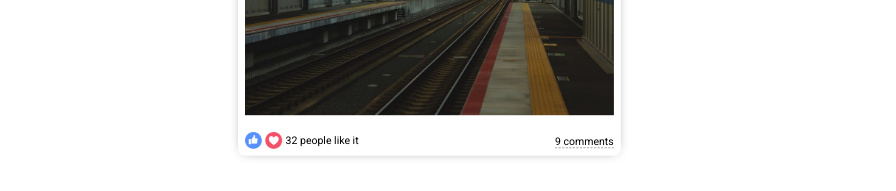
Repository: nazlinres01/react-social
Page: / (app in client/)
An editor plug-in stored every save of this project. The page is shown before and after the next save, followed by the edit.
The browser window is 1280 px wide. The pictures show the part of the page from y = 3521 to 5441 px (the page is 3794 px tall before and 6130 px after), at 70% of full size.
The project was rebuilt for these pictures with package versions that can differ from the ones it lists, and the page was loaded fresh each time.

Above is the page before, as saved 2024-06-13 12:11:52.

### client/public/index.html
<!DOCTYPE html>
<html lang="en">

<head>
  <meta charset="utf-8" />
  <meta name="viewport" content="width=device-width, initial-scale=1" />
  <meta name="description" content="Web site created using create-react-app" />
  <link
    href="https://fonts.googleapis.com/css2?family=Roboto:ital,wght@0,100;0,300;0,400;0,500;0,700;0,900;1,100;1,300;1,400;1,500;1,700;1,900&display=swap"
    rel="stylesheet">
    <link rel="stylesheet" href="style.css">
  <title>Social App</title>
</head>

<body>
  <noscript>You need to enable JavaScript to run this app.</noscript>
  <div id="root"></div>
</body>

</html>

### client/src/App.js
import Home from "./pages/home/Home";

function App() {
  return <Home />
}

export default App;

### client/src/pages/home/Home.jsx
import Feed from "../../components/feed/Feed";
import Rightbar from "../../components/rightbar/Rightbar";
import Sidebar from "../../components/sidebar/Sidebar";
import Topbar from "../../components/topbar/Topbar";
import "./home.css"

export default function Home() {
    return (
        <>
            <Topbar />
            <div className="homeContainer">
                <Sidebar />
                <Feed />
                <Rightbar />

            </div>

        </>
    );
}

### client/src/components/feed/Feed.jsx
import Post from "../post/Post"
import Share from "../share/Share"
import "./feed.css"

export default function Feed() {
    return (
        <div className="feed">
            <div className="feedWrapper">
                <Share />
                <Post />
                <Post />
                <Post />
                <Post />
                <Post />
                <Post />

            </div>
        </div>
    )
}

### client/src/components/rightbar/Rightbar.jsx
import "./rightbar.css"

export default function Rightbar() {
    return (
        <div className="rightbar">
            <div className="rightbarWrapper">
                <div className="birthdayContainer">
                    <img className="birthdayImg" src="assets/gift.png" alt="" />
                    <span className="birthdayText">
                        <b>Pola Foster</b> and <b>3 other friends</b> have a birthday today</span>
                </div>
                <img src="assets/ad.png" alt="" className="rightbarAd" />
                <h4 className="rightbarTitle">Online Friends</h4>
                <ul className="rightbarFriendList">
                    <li className="rightbarFriend">
                        <div className="rightbarProfileImgContainer">
                            <img src="assets/person/3.jpeg" alt="" className="rightbarProfileImg" />
                            <span className="rightbarOnline"></span>
                        </div>
                        <span className="rightbarUsername">John Carter</span>
                    </li>
                </ul>
                <ul className="rightbarFriendList">
                    <li className="rightbarFriend">
                        <div className="rightbarProfileImgContainer">
                            <img src="assets/person/3.jpeg" alt="" className="rightbarProfileImg" />
                            <span className="rightbarOnline"></span>
                        </div>
                        <span className="rightbarUsername">John Carter</span>
                    </li>
                </ul>
                <ul className="rightbarFriendList">
                    <li className="rightbarFriend">
                        <div className="rightbarProfileImgContainer">
                            <img src="assets/person/3.jpeg" alt="" className="rightbarProfileImg" />
                            <span className="rightbarOnline"></span>
                        </div>
                        <span className="rightbarUsername">John Carter</span>
                    </li>
                </ul>
                <ul className="rightbarFriendList">
                    <li className="rightbarFriend">
                        <div className="rightbarProfileImgContainer">
                            <img src="assets/person/3.jpeg" alt="" className="rightbarProfileImg" />
                            <span className="rightbarOnline"></span>
                        </div>
                        <span className="rightbarUsername">John Carter</span>
                    </li>
                </ul>
                <ul className="rightbarFriendList">
                    <li className="rightbarFriend">
                        <div className="rightbarProfileImgContainer">
                            <img src="assets/person/3.jpeg" alt="" className="rightbarProfileImg" />
                            <span className="rightbarOnline"></span>
                        </div>
                        <span className="rightbarUsername">John Carter</span>
                    </li>
                </ul>
            </div>
        </div>
    )
}

### client/src/components/sidebar/Sidebar.jsx
import "./sidebar.css"
import { Bookmark, Chat, Event, Group, HelpOutline, PlayCircleFilledOutlined, RssFeed, School, WorkOutline } from "@material-ui/icons"

export default function Sidebar() {
    return (
        <div className="sidebar">
            <div className="sidebarWrapper">
                <ul className="sidebarList">
                    <li className="sidebarListItem">
                        <RssFeed className="sidebarIcon" />
                        <span className="sidebarListItemText">Feed</span>
                    </li>
                    <li className="sidebarListItem">
                        <Chat className="sidebarIcon" />
                        <span className="sidebarListItemText">Chats</span>
                    </li>
                    <li className="sidebarListItem">
                        <PlayCircleFilledOutlined className="sidebarIcon" />
                        <span className="sidebarListItemText">Videos</span>
                    </li>
                    <li className="sidebarListItem">
                        <Group className="sidebarIcon" />
                        <span className="sidebarListItemText">Groups</span>
                    </li>
                    <li className="sidebarListItem">
                        <Bookmark className="sidebarIcon" />
                        <span className="sidebarListItemText">Bookmarks</span>
                    </li>
                    <li className="sidebarListItem">
                        <HelpOutline className="sidebarIcon" />
                        <span className="sidebarListItemText">Questions</span>
                    </li>
                    <li className="sidebarListItem">
                        <WorkOutline className="sidebarIcon" />
                        <span className="sidebarListItemText">Jobs</span>
                    </li>
                    <li className="sidebarListItem">
                        <Event className="sidebarIcon" />
                        <span className="sidebarListItemText">Events</span>
                    </li>
                    <li className="sidebarListItem">
                        <School className="sidebarIcon" />
                        <span className="sidebarListItemText">Courses</span>
                    </li>
                </ul>
                <button className="sidebarButton">Show More</button>
                <hr className="sidebarHr" />
                <ul className="sidebarFriendList">
                    <li className="sidebarFriend">
                        <img className="sidebarFriendImg" src="/assets/person/2.jpeg" alt="" />
                        <span className="sidebarFriendName">Jane Doe</span>
                    </li>
                    <li className="sidebarFriend">
                        <img className="sidebarFriendImg" src="/assets/person/2.jpeg" alt="" />
                        <span className="sidebarFriendName">Jane Doe</span>
                    </li>
                    <li className="sidebarFriend">
                        <img className="sidebarFriendImg" src="/assets/person/2.jpeg" alt="" />
                        <span className="sidebarFriendName">Jane Doe</span>
                    </li>
                    <li className="sidebarFriend">
                        <img className="sidebarFriendImg" src="/assets/person/2.jpeg" alt="" />
                        <span className="sidebarFriendName">Jane Doe</span>
                    </li>
                    <li className="sidebarFriend">
                        <img className="sidebarFriendImg" src="/assets/person/2.jpeg" alt="" />
                        <span className="sidebarFriendName">Jane Doe</span>
                    </li>
                    <li className="sidebarFriend">
                        <img className="sidebarFriendImg" src="/assets/person/2.jpeg" alt="" />
                        <span className="sidebarFriendName">Jane Doe</span>
                    </li>
                    <li className="sidebarFriend">
                        <img className="sidebarFriendImg" src="/assets/person/2.jpeg" alt="" />
                        <span className="sidebarFriendName">Jane Doe</span>
                    </li>
                    <li className="sidebarFriend">
                        <img className="sidebarFriendImg" src="/assets/person/2.jpeg" alt="" />
                        <span className="sidebarFriendName">Jane Doe</span>
                    </li>
                    <li className="sidebarFriend">
                        <img className="sidebarFriendImg" src="/assets/person/2.jpeg" alt="" />
                        <span className="sidebarFriendName">Jane Doe</span>
                    </li>
                    <li className="sidebarFriend">
                        <img className="sidebarFriendImg" src="/assets/person/2.jpeg" alt="" />
                        <span className="sidebarFriendName">Jane Doe</span>
                    </li>
                    <li className="sidebarFriend">
                        <img className="sidebarFriendImg" src="/assets/person/2.jpeg" alt="" />
                        <span className="sidebarFriendName">Jane Doe</span>
                    </li>
                    <li className="sidebarFriend">
                        <img className="sidebarFriendImg" src="/assets/person/2.jpeg" alt="" />
                        <span className="sidebarFriendName">Jane Doe</span>
                    </li>
                    <li className="sidebarFriend">
                        <img className="sidebarFriendImg" src="/assets/person/2.jpeg" alt="" />
                        <span className="sidebarFriendName">Jane Doe</span>
                    </li>
                </ul>
            </div>
        </div>
    )
}

### client/src/components/topbar/Topbar.jsx
import "./topbar.css"
import { Search, Person, Chat, Notifications } from "@material-ui/icons"

export default function Topbar() {
  return (
    <div className="topbarContainer">
      <div className="topbarLeft">
        <span className="logo">Lamasocial</span>
      </div>
      <div className="topbarCenter">
        <div className="searchbar">
          <Search className="searchIcon" />
          <input placeholder="Search for friend, post or video" className="searchInput" />
        </div>
      </div>
      <div className="topbarRight">
        <div className="topbarLinks">
          <span className="topbarLink">Homepage</span>
          <span className="topbarLink">Timeline</span>
        </div>
        <div className="topbarIcons">
          <div className="topbarIconItem">
            <Person />
            <span className="topbarIconBadge">1</span>
          </div>
          <div className="topbarIconItem">
            <Chat />
            <span className="topbarIconBadge">2</span>
          </div>
          <div className="topbarIconItem">
            <Notifications />
            <span className="topbarIconBadge">1</span>
          </div>
        </div>
        <img src="/assets/person/1.jpeg" alt="" className="topbarImg" />
      </div>

    </div>
  )
}

### client/src/components/post/Post.jsx
import { MoreVert } from "@material-ui/icons"
import "./post.css"

export default function Post() {
    return (
        <div className="post">
            <div className="postWrapper">
                <div className="postTop">
                    <div className="postTopLeft">
                        <img src="/assets/person/1.jpeg" alt="" className="postProfileImg" />
                        <span className="postUsername">Safak Kocaoglu</span>
                        <span className="postDate">5 mins ago</span>

                    </div>
                    <div className="postTopRight">
                        <MoreVert />
                    </div>

                </div>
                <div className="postCenter">
                    <span className="postText">Hey! Its my first post:)</span>
                    <img className="postImg" src="assets/post/1.jpeg" alt="" />
                </div>
                <div className="postBottom">
                    <div className="postBottomLeft">
                        <img className="likeIcon" src="assets/like.png" alt="" />
                        <img className="likeIcon" src="assets/heart.png" alt="" />
                        <span className="postLikeCounter">32 people like it</span>
                    </div>
                    <div className="postBottomRight">
                        <span className="postCommentText">9 comments</span>
                    </div>

                </div>

            </div>

        </div>
    )
}

### client/src/components/share/Share.jsx
import "./share.css";
import { PermMedia, Label, Room, EmojiEmotions } from "@material-ui/icons";

export default function Share() {
    return (
        <div className="share">
            <div className="shareWrapper">
                <div className="shareTop">
                    <img src="/assets/person/1.jpeg" alt="" className="shareProfileImg" />
                    <input placeholder="What's  in your mind Safak?" className="shareInput" />
                </div>
                <hr className="shareHr" />
                <div className="shareBottom">
                    <div className="shareOptions">
                        <div className="shareOption">
                            <PermMedia htmlColor="tomato" className="shareIcon" />
                            <span className="shareOptionText">Photo or Video</span>
                        </div>
                        <div className="shareOption">
                            <Label htmlColor="blue" className="shareIcon" />
                            <span className="shareOptionText">Tag</span>
                        </div>
                        <div className="shareOption">
                            <Room htmlColor="green" className="shareIcon" />
                            <span className="shareOptionText">Location</span>
                        </div>
                        <div className="shareOption">
                            <EmojiEmotions htmlColor="goldenrod" className="shareIcon" />
                            <span className="shareOptionText">Feelings</span>
                        </div>
                    </div>
                    <button className="shareButton">Share</button>
                </div>
            </div>
        </div>
    )
}

### client/src/components/rightbar/rightbar.css
.rightbar {
    flex: 3.5;
}

.rightbarWrapper {
    padding: 20px 20px 0 0;
}

.birthdayContainer {
    display: flex;
    align-items: center;
}

.birthdayImg {
    width: 40px;
    height: 40px;
    margin-right: 10px;
}

.birthdayText {
    font-weight: 300;
    font-size: 15px;
}

.rightbarAd {
    width: 100%;
    border-radius: 10px;
    margin: 30px 0;
}

.rightbarTitle{
    margin-bottom: 20px;
}

.rightbarFriendList {
    padding: 0;
    margin: 0;
    list-style: none;
}

.rightbarFriend {
    display: flex;
    align-items: center;
    margin-bottom: 15px;
}

.rightbarProfileImgContainer {
    margin-right: 10px;
    position: relative;
}

.rightbarProfileImg {
    width: 40px;
    height: 40px;
    border-radius: 50%;
    object-fit: cover;
}

.rightbarOnline {
    width: 12px;
    height: 12px;
    border-radius: 50%;
    background-color: limegreen;
    position: absolute;
    top: -2px;
    right: 0;
    border: 2px solid white;
}

.rightbarUsername {
    font-weight: 500;
}

### client/src/components/sidebar/sidebar.css
.sidebar {
    flex: 3;
    height: calc(100vh - 50px);
    overflow-y: scroll;
}

::-webkit-scrollbar {
    width: 5px;
}

::-webkit-scrolbar-track {
    background-color: #f1f1f1;
}

::-webkit-scrollbar-thumb {
    background-color: rgb(179, 179, 179);
}

.sidebarWrapper {
    padding: 20px;
}

.sidebarList {
    padding: 0;
    margin: 0;
    list-style: none;
}

.sidebarListItem {
    display: flex;
    align-items: center;
    margin-bottom: 20px;
}

.sidebarIcon {
    margin-right: 15px;
}

.sidebarButton {
    width: 150px;
    border: none;
    padding: 10px;
    border-radius: 5px;
    font-weight: 500;
}

.sidebarHr {
    margin: 20px 0;
}

.sidebarFriendList {
    padding: 0;
    margin: 0;
    list-style: none;
}

.sidebarFriend {
    display: flex;
    align-items: center;
    margin-bottom: 15px;
}

.sidebarFriendImg {
    width: 32px;
    height: 32px;
    border-radius: 50%;
    object-fit: cover;
    margin-right: 10px;
}

### client/src/components/topbar/topbar.css
.topbarContainer {
    height: 50px;
    width: 100%;
    background-color: #1877f2;
    display: flex;
    align-items: center;
    position: sticky;
    top: 0;
}

.topbarLeft {
    flex: 3;
}

.logo {
    font-size: 24px;
    margin-left: 20px;
    font-weight: bold;
    color: white;
    cursor: pointer;
}

.topbarCenter {
    flex: 5;
}

.searchbar {
    width: 100%;
    height: 30px;
    background-color: white;
    border-radius: 30px;
    display: flex;
    align-items: center;
}

.searchIcon {
    font-size: 20px !important;
    margin-left: 10px;
}

.searchInput {
    border: none;
    width: 70%;
}

.searchInput:focus {
    outline: none;
}

.topbarRight {
    flex: 4;
    display: flex;
    align-items: center;
    justify-content: space-around;
    color: white;
}

.topbarLink {
    margin-right: 10px;
    font-size: 14px;
    cursor: pointer;
}

.topbarIcons {
    display: flex;
}

.topbarIconItem {
    margin-right: 15px;
    cursor: pointer;
    position: relative;

}

.topbarIconBadge {
    width: 15px;
    height: 15px;
    background-color: red;
    border-radius: 50%;
    color: white;
    position: absolute;
    top: -5px;
    right: -5px;
    display: flex;
    align-items: center;
    justify-content: center;
    font-size: 12px;
}

.topbarImg {
    width: 32px;
    height: 32px;
    border-radius: 50%;
    object-fit: cover;
    cursor: pointer;
}

### client/src/components/post/post.css
.post {
    width: 100%;
    border-radius: 10px;
    -webkit-box-shdow: 0px 0px 16px -8px rgba(0, 0, 0, 0.68);
    box-shadow: 0px 0px 16px -8px rgba(0, 0, 0, 0.68);
    margin: 30px 0;
}

.postWrapper {
    padding: 10px;
}

.postTop {
    display: flex;
    align-items: center;
    justify-content: space-between;
}

.postTopLeft {
    display: flex;
    align-items: center;
}

.postProfileImg {
    width: 32px;
    height: 32px;
    border-radius: 50%;
    object-fit: cover;
}

.postUsername {
    font-size: 15px;
    font-weight: 500;
    margin: 0 10px;
}

.postDate {
    font-size: 12px;
}

.postCenter {
    margin: 20px 0;
}

.postImg {
    margin-top: 20px;
    width: 100%;
    max-height: 500px;
    object-fit: contain;
}

.postBottom {
    display: flex;
    align-items: center;
    justify-content: space-between;
}

.postBottomLeft {
    display: flex;
    align-items: center;
}

.likeIcon {
    width: 24px;
    height: 24px;
    margin-right: 5px;
    cursor: pointer;
}

.postLikeCounter {
    font-size: 15px;
}

.postCommentText {
    cursor: pointer;
    border-bottom: 1px dashed gray;
    font-size: 15px;
}

### client/src/components/share/share.css
.share {
    width: 100%;
    height: 170px;
    border-radius: 10px;
    -webkit-box-shdow: 0px 0px 16px -8px rgba(0, 0, 0, 0.68);
    box-shadow: 0px 0px 16px -8px rgba(0, 0, 0, 0.68);
}

.shareWrapper {
    padding: 10px;
}

.shareTop {
    display: flex;
    align-items: center;
}

.shareProfileImg {
    width: 50px;
    height: 50px;
    border-radius: 50%;
    object-fit: cover;
    margin-right: 10px;
}

.shareInput {
    border: none;
    width: 80%;
}

.shareInput:focus {
    outline: none;
}

.shareHr {
    margin: 20px;
}

.shareBottom {
    display: flex;
    align-items: center;
    justify-content: space-between;
}

.shareOptions {
    display: flex;
    margin-left: 20px;
}

.shareOption {
    display: flex;
    align-items: center;
    margin-right: 15px;
    cursor: pointer;
}

.shareIcon {
    font-size: 18px;
    margin-right: 3px
}

.shareOptionText {
    font-size: 14px;
    font-weight: 500;
}

.shareButton {
    border: none;
    padding: 7px;
    border-radius: 5px;
    background-color: green;
    font-weight: 500;
    margin-right: 20px;
    cursor: pointer;
    color: white;
}

### client/src/dummyData.js
export const Users = [
  {
    id:1,
    profilePicture: "assets/person/1.jpeg",
    username: "Safak Kocaoglu",
  },
  {
    id:2,
    profilePicture: "assets/person/2.jpeg",
    username: "Janell Shrum",
  },
  {
    id:3,
    profilePicture: "assets/person/3.jpeg",
    username: "Alex Durden",
  },
  {
    id:4,
    profilePicture: "assets/person/4.jpeg",
    username: "Dora Hawks",
  },
  {
    id:5,
    profilePicture: "assets/person/5.jpeg",
    username: "Thomas Holden",
  },
  {
    id:6,
    profilePicture: "assets/person/6.jpeg",
    username: "Shirley Beauchamp",
  },
  {
    id:7,
    profilePicture: "assets/person/7.jpeg",
    username: "Travis Bennett",
  },
  {
    id:8,
    profilePicture: "assets/person/8.jpeg",
    username: "Kristen Thomas",
  },
  {
    id:9,
    profilePicture: "assets/person/9.jpeg",
    username: "Gary Duty",
  },
  {
    id:10,
    profilePicture: "assets/person/10.jpeg",
    username: "Safak Kocaoglu",
  },
];

export const Posts = [
  {
    id: 1,
    desc: "Love For All, Hatred For None.",
    photo: "assets/post/1.jpeg",
    date: "5 mins ago",
    userId: 1,
    like: 32,
    comment: 9,
  },
  {
    id: 2,
    photo: "assets/post/2.jpeg",
    date: "15 mins ago",
    userId: 2,
    like: 2,
    comment: 1,
  },
  {
    id: 3,
    desc: "Every moment is a fresh beginning.",
    photo: "assets/post/3.jpeg",
    date: "1 hour ago",
    userId: 3,
    like: 61,
    comment: 2,
  },
  {
    id: 4,
    photo: "assets/post/4.jpeg",
    date: "4 hours ago",
    userId: 4,
    like: 7,
    comment: 3,
  },
  {
    id: 5,
    photo: "assets/post/5.jpeg",
    date: "5 hours ago",
    userId: 5,
    like: 23,
    comment: 5,
  },
  {
    id: 6,
    photo: "assets/post/6.jpeg",
    date: "1 day ago",
    userId: 6,
    like: 44,
    comment: 6,
  },
  {
    id: 7,
    desc: "Never regret anything that made you smile.",
    photo: "assets/post/7.jpeg",
    date: "2 days ago",
    userId: 7,
    like: 52,
    comment: 3,
  },
  {
    id: 8,
    photo: "assets/post/8.jpeg",
    date: "3 days ago",
    userId: 8,
    like: 15,
    comment: 1,
  },
  {
    id: 9,
    desc: "Change the world by being yourself.",
    photo: "assets/post/9.jpeg",
    date: "5 days ago",
    userId: 9,
    like: 11,
    comment: 2,
  },
  {
    id: 10,
    photo: "assets/post/10.jpeg",
    date: "1 week ago",
    userId: 10,
    like: 104,
    comment: 12,
  },
];

Loaded but not shown: client/src/index.js (common file); client/src/pages/home/home.css (common file); client/src/components/feed/feed.css (common file); client/public/style.css (common file)

After the next save:
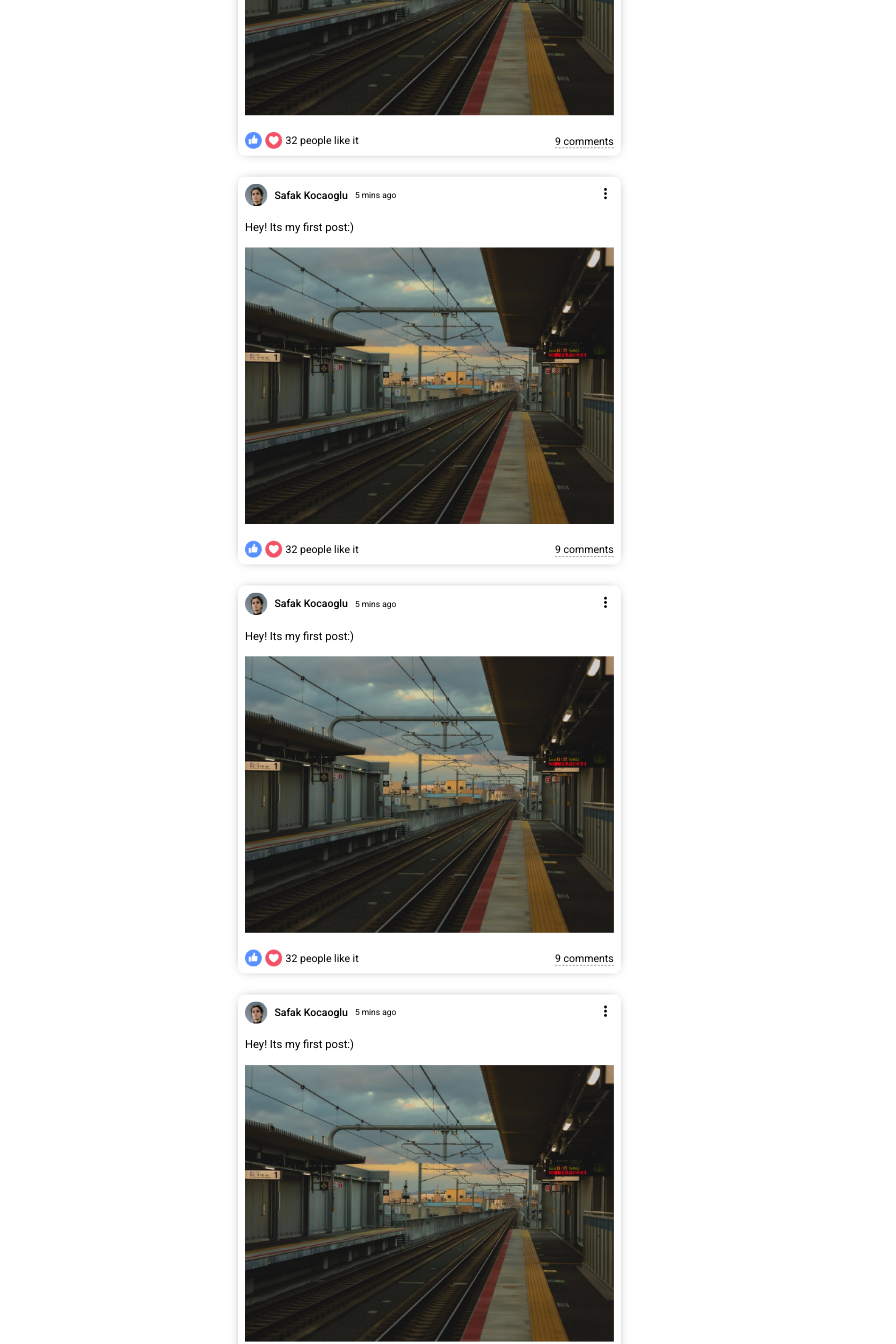
Saved 6 h 12 min later.
--- a/client/src/components/feed/Feed.jsx
+++ b/client/src/components/feed/Feed.jsx
@@ -1,18 +1,18 @@
 import Post from "../post/Post"
 import Share from "../share/Share"
 import "./feed.css"
+import { Posts } from "../../dummyData";
 
 export default function Feed() {
     return (
         <div className="feed">
             <div className="feedWrapper">
                 <Share />
-                <Post />
-                <Post />
-                <Post />
-                <Post />
-                <Post />
-                <Post />
+
+                {Posts.map((p) => (
+                    <Post post={p} />
+                ))}
+
 
             </div>
         </div>
